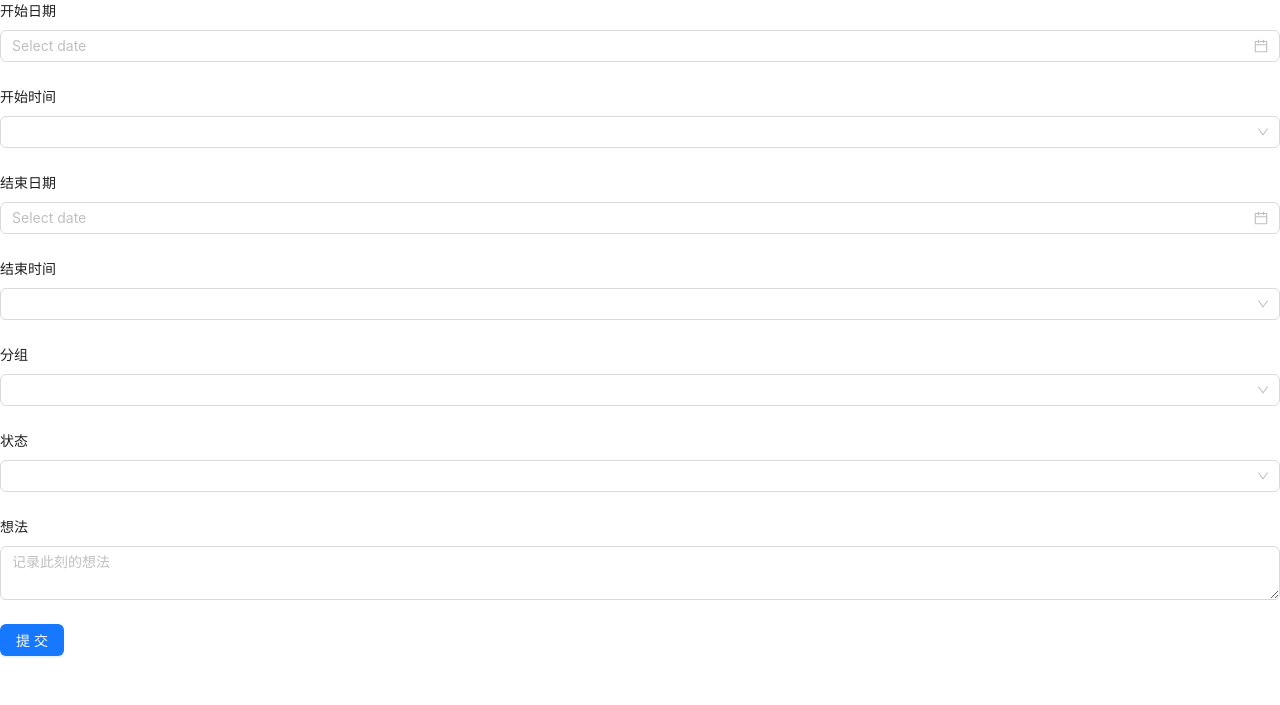
Repository: wujieli0207/time-value-app
Page: /
An editor plug-in stored every save of this project. The page is shown before and after the next save, followed by the edit.
The browser window is 1280 px wide. The pictures show the whole page.
The project was rebuilt for these pictures with package versions that can differ from the ones it lists, and the page was loaded fresh each time. Also part of the build but not shown: vite.config.ts.

Above is the page before, as saved 2024-01-29 11:14:07.

After the next save:
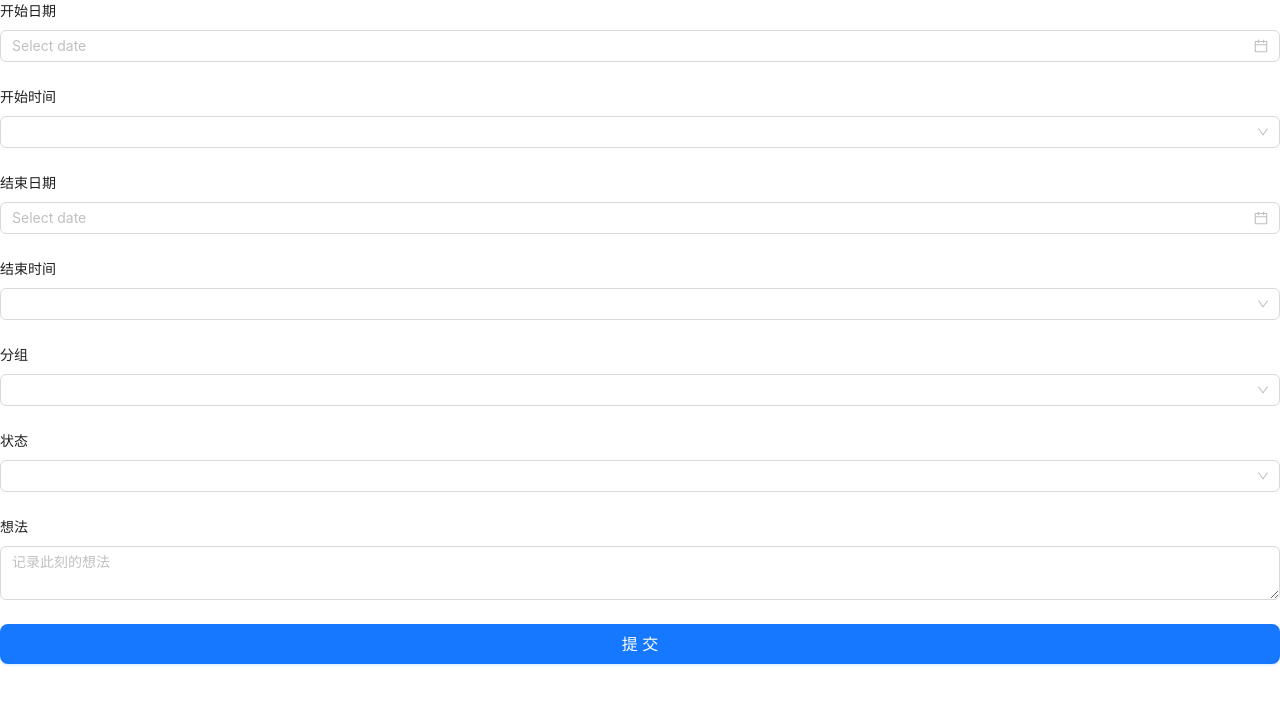
Saved 89 s later.
--- a/src/App.tsx
+++ b/src/App.tsx
@@ -81,7 +81,9 @@ function App() {
         </Form.Item>
       </Form>
 
-      <Button type="primary">提交</Button>
+      <Button type="primary" size="large" className="w-full">
+        提交
+      </Button>
     </>
   )
 }
